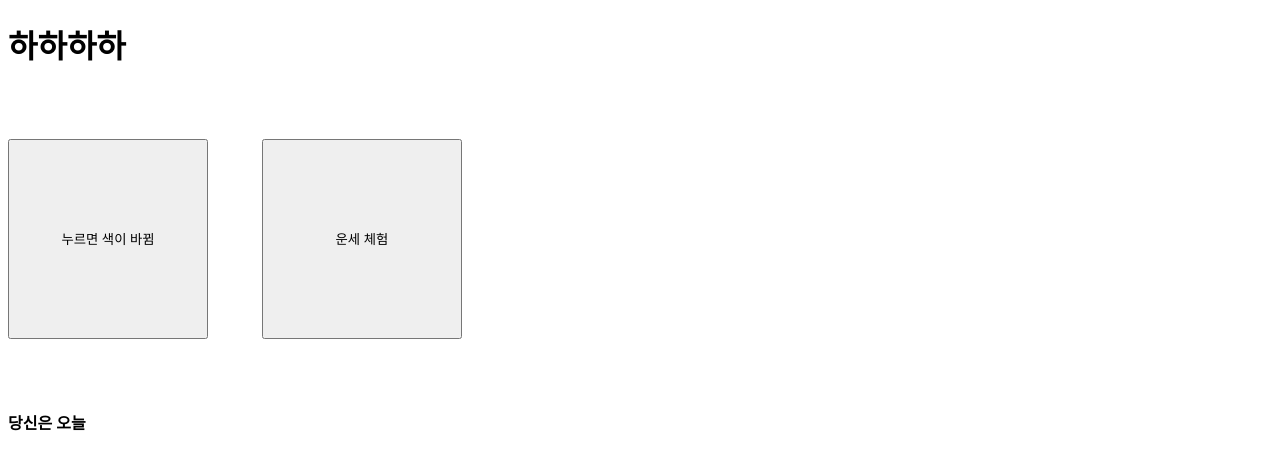
Repository: jun01270/F-E-practice
Page: index.html
The author's editor kept a copy of each file at every save. The page is drawn from the files as they stood at one save, then again after the next save.
The browser window is 1280 px wide. The pictures show the whole page.

Above is the page before, as saved 2022-12-12 20:00:24.

After the next save:
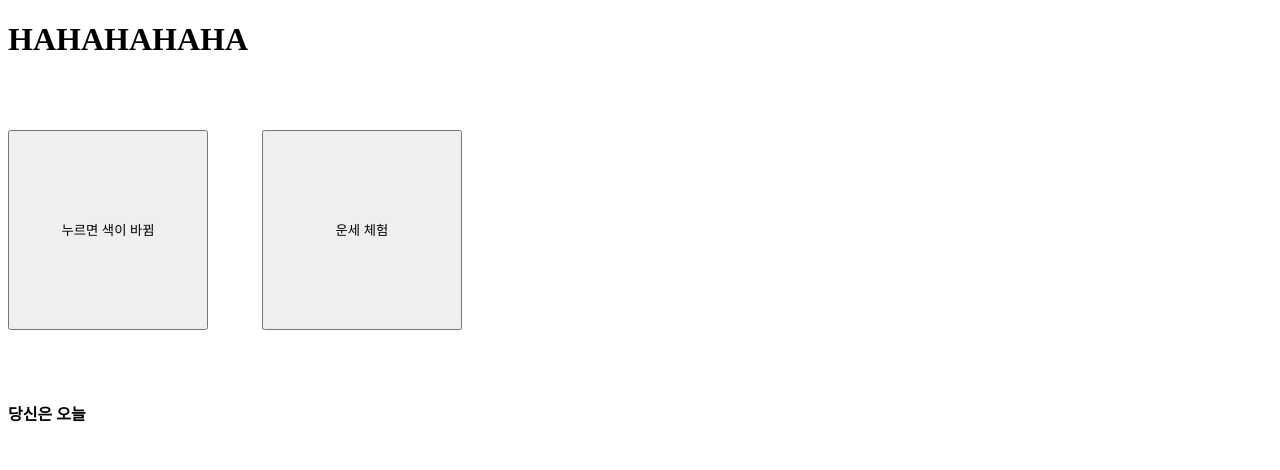
Saved 42 s later.
--- a/app.js
+++ b/app.js
@@ -1,9 +1,6 @@
 const title = document.querySelector(".first h1");
 
-title.innerText = "하하하하";
-
-title.style.color;
-
+const dayluck = document.querySelector("#usersLuck");
 const colors = [
   "Yellow",
   "Green",
@@ -33,7 +30,7 @@ function afterClick() {
     title.style.color = colors[Math.floor(Math.random() * 7)];
   }
 }
-
+function luckTest() {}
 title.addEventListener("click", afterClick);
 
 const button1 = document.querySelector(".first button");
